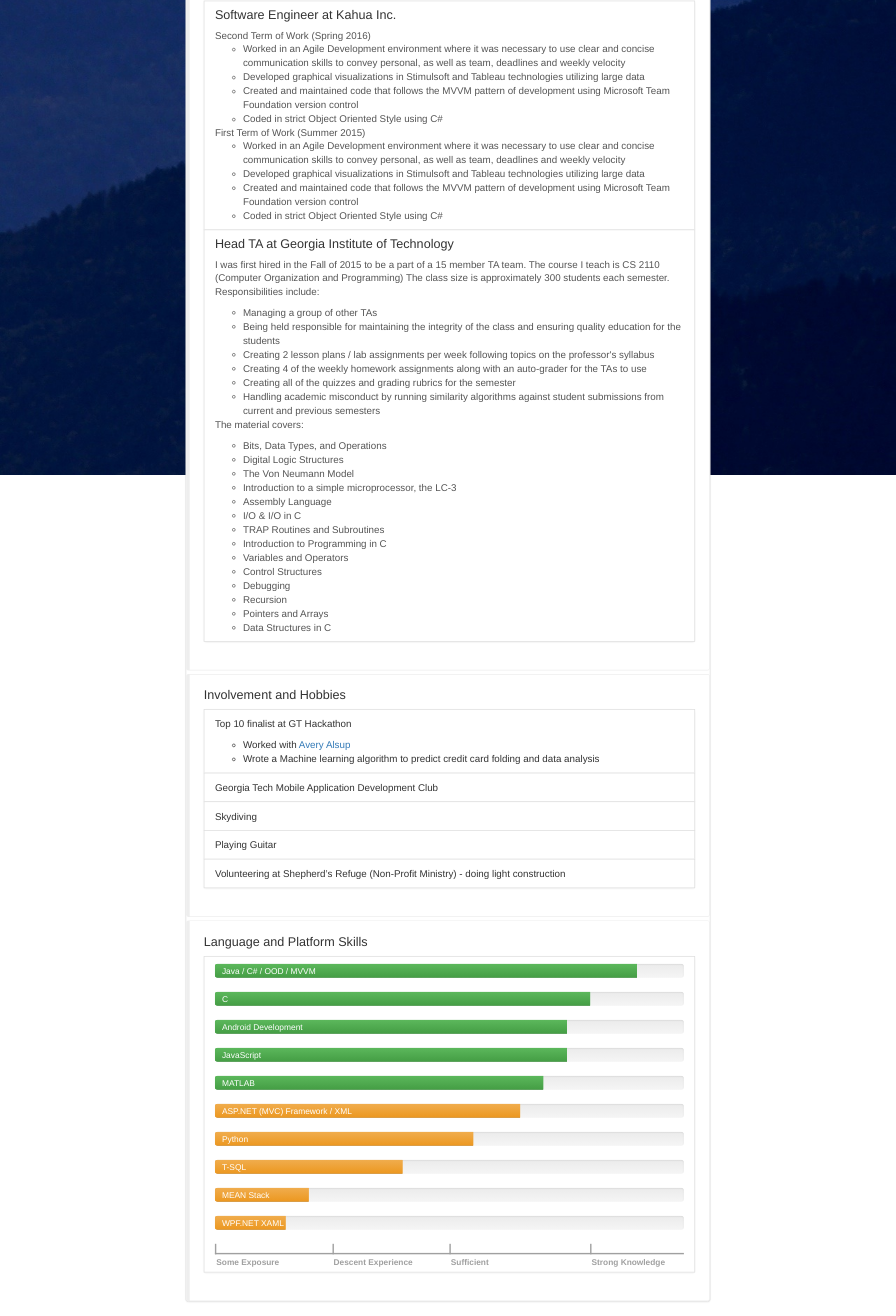
Repository: austinHerring/PersonalWebsite
Page: PersonalWebsite/WebContent/about.html
An editor plug-in stored every save of this project. The page is shown before and after the next save, followed by the edit.
The browser window is 1280 px wide. The pictures show the part of the page from y = 977 to 2897 px (the page is 2857 px tall before and 2897 px after), at 70% of full size.
Some web libraries are served in a nearby version.

Above is the page before, as saved 2016-06-13 02:25:44.

After the next save:
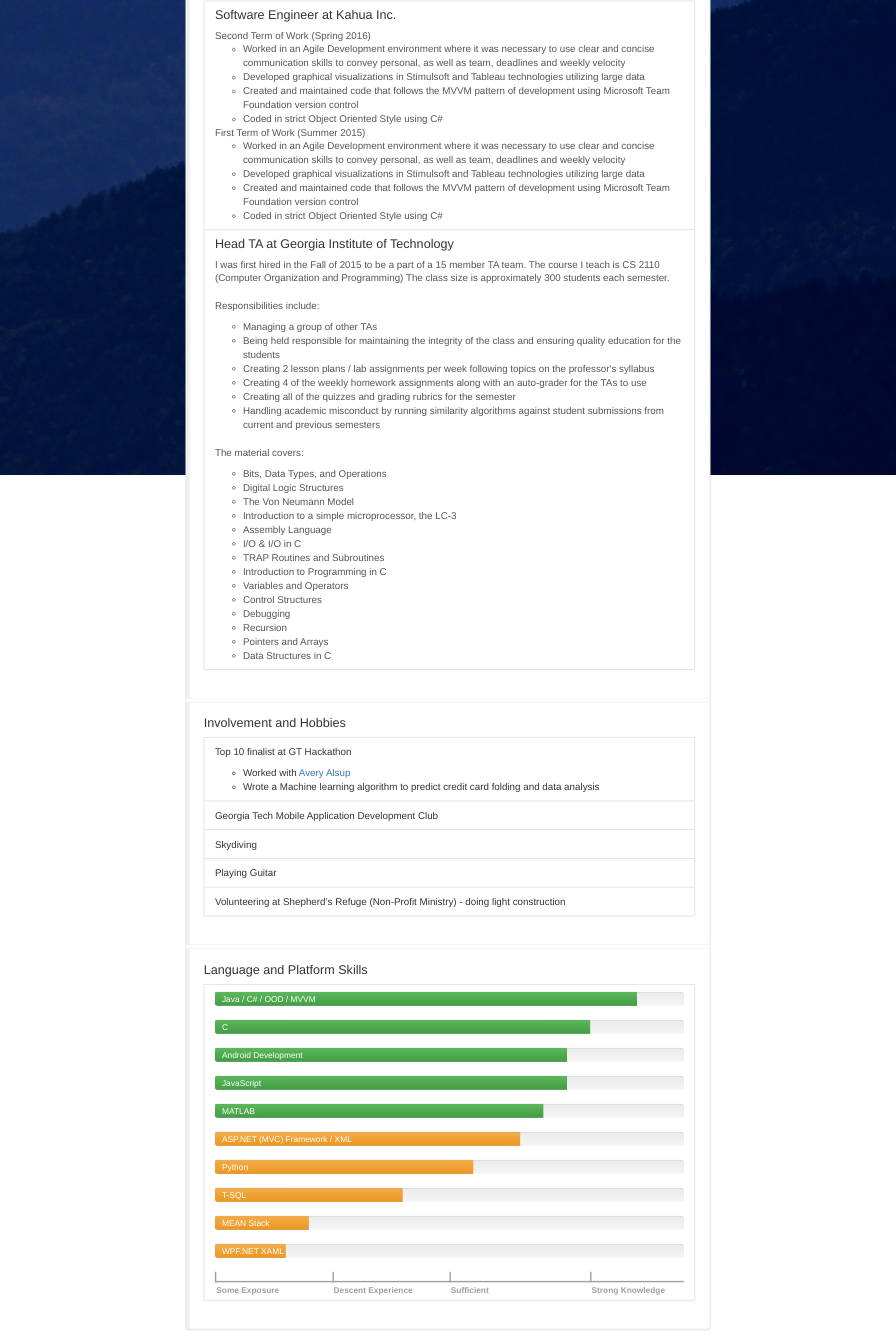
Saved 23 s later.
--- a/PersonalWebsite/WebContent/about.html
+++ b/PersonalWebsite/WebContent/about.html
@@ -143,7 +143,7 @@
 			             	I was first hired in the Fall of 2015 to be a part of a 15 member TA team. The course I teach is CS 2110 (Computer Organization and Programming)
 			             The class size is approximately 300 students each semester.
 		             </p>
-		             <p>Responsibilities include:</p>
+		             <p><br/>Responsibilities include:</p>
 		             <ul>
 		                <li>
 		                     Managing a group of other TAs
@@ -164,7 +164,7 @@
 				             Handling academic misconduct by running similarity algorithms against student submissions from current and previous semesters
 		                </li>
 	                </ul>
-	                <p>The material covers:</p>
+	                <p><br/>The material covers:</p>
 	                <ul>
 	                	<li>
 	                		Bits, Data Types, and Operations
